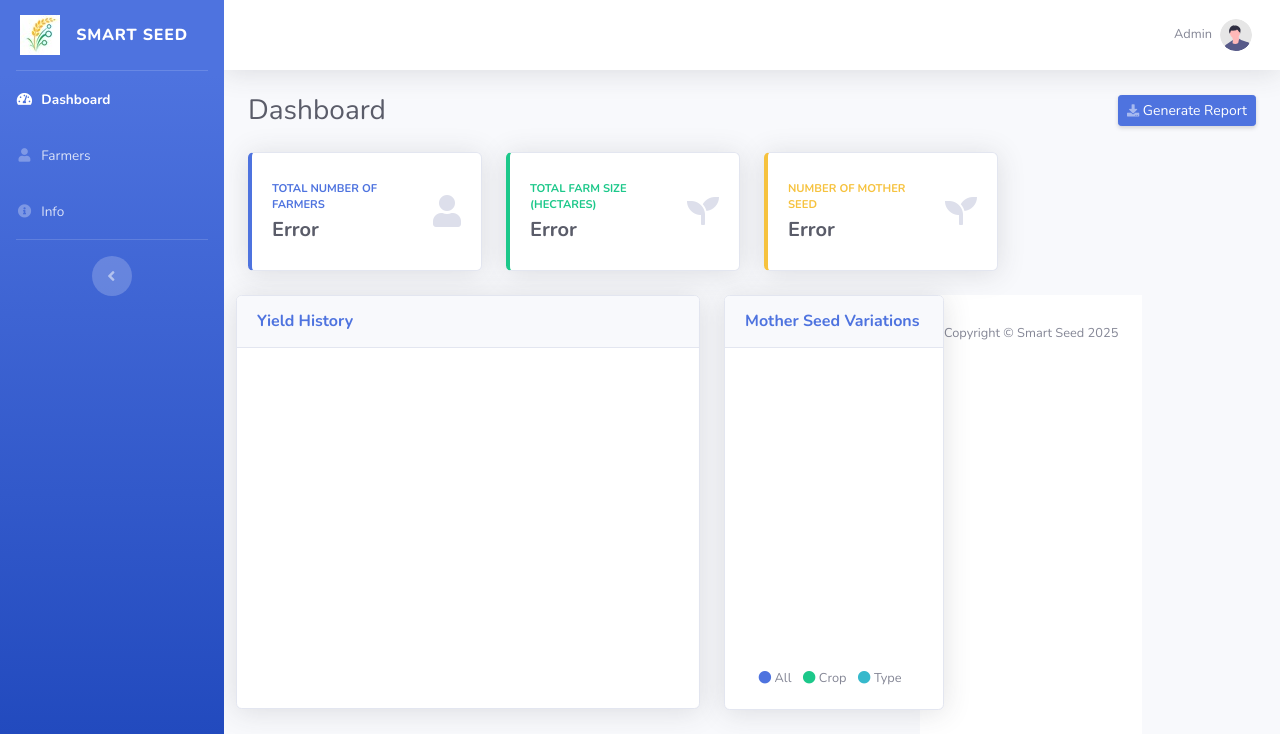
Repository: IFoundGeorge/Smart-Seed-v8-master
Page: src/index.html
The author's editor kept a copy of each file at every save. The page is drawn from the files as they stood at one save, then again after the next save.
The browser window is 1280 px wide. The pictures show the whole page.
The page's requests for data from a server got no answer.

Above is the page before, as saved 2025-03-18 21:09:47.

### src/index.html
<html lang="en">

<head>

    <meta charset="utf-8">
    <meta http-equiv="X-UA-Compatible" content="IE=edge">
    <meta name="viewport" content="width=device-width, initial-scale=1, shrink-to-fit=no">
    <meta name="description" content="">
    <meta name="author" content="">

    <title>SB Admin 2 - Dashboard</title>

    <link href="../node_modules/bootstrap/dist/css/bootstrap.min.css" />

    <!-- Custom fonts for this template-->
    <link href="../node_modules/startbootstrap-sb-admin-2/fontawesome-free/css/all.min.css" rel="stylesheet" type="text/css">
    <link
        href="https://fonts.googleapis.com/css?family=Nunito:200,200i,300,300i,400,400i,600,600i,700,700i,800,800i,900,900i"
        rel="stylesheet">

    <!-- Custom styles for this template-->
    <link href="../node_modules/startbootstrap-sb-admin-2/css/sb-admin-2.min.css" rel="stylesheet">

    <style type="text/css">
        /* Chart.js */
        @keyframes chartjs-render-animation {
            from {
                opacity: .99
            }

            to {
                opacity: 1
            }
        }

        .chartjs-render-monitor {
            animation: chartjs-render-animation 1ms
        }

        .chartjs-size-monitor,
        .chartjs-size-monitor-expand,
        .chartjs-size-monitor-shrink {
            position: absolute;
            direction: ltr;
            left: 0;
            top: 0;
            right: 0;
            bottom: 0;
            overflow: hidden;
            pointer-events: none;
            visibility: hidden;
            z-index: -1
        }

        .chartjs-size-monitor-expand>div {
            position: absolute;
            width: 1000000px;
            height: 1000000px;
            left: 0;
            top: 0
        }

        .chartjs-size-monitor-shrink>div {
            position: absolute;
            width: 200%;
            height: 200%;
            left: 0;
            top: 0
        }
    </style>
</head>

<body id="page-top">

    <!-- Page Wrapper -->
    <div id="wrapper">

        <!-- Sidebar -->
        <ul class="navbar-nav bg-gradient-primary sidebar sidebar-dark accordion" id="accordionSidebar">

            <!-- Sidebar - Brand -->
            <a class="sidebar-brand d-flex align-items-center justify-content-center" href="index.html">

                    <img src="../img/smartseed_logo.jpg" alt="Smart Seed Logo">

                <div class="sidebar-brand-text mx-3">Smart Seed</div>
            </a>

            <!-- Divider -->
            <hr class="sidebar-divider my-0">

            <!-- Nav Item - Dashboard -->
            <li class="nav-item active">
                <a class="nav-link" href="index.html">
                    <i class="fas fa-fw fa-tachometer-alt"></i>
                    <span>Dashboard</span></a>
            </li>


            <!-- Nav Item - Farmers -->
            <li class="nav-item">
                <a class="nav-link" href="farmers.html">
                    <i class="fas fa-fw fa-user"></i>
                    <span>Farmers</span></a>
            </li>

            <!-- Nav Item - Info -->
            <li class="nav-item">
                <a class="nav-link" href="info.html">
                    <i class="fas fa-fw fa-info-circle"></i>
                    <span>Info</span></a>
            </li>

            <!-- Divider -->
            <hr class="sidebar-divider d-none d-md-block">

            <!-- Sidebar Toggler (Sidebar) -->
            <div class="text-center d-none d-md-inline">
                <button class="rounded-circle border-0" id="sidebarToggle"></button>
            </div>



        </ul>
        <!-- End of Sidebar -->

        <!-- Content Wrapper -->
        <div id="content-wrapper" class="d-flex flex-column">

            <!-- Main Content -->
            <div id="content">

                <!-- Topbar -->
                <nav class="navbar navbar-expand navbar-light bg-white topbar mb-4 static-top shadow">

                    <!-- Sidebar Toggle (Topbar) -->
                    <button id="sidebarToggleTop" class="btn btn-link d-md-none rounded-circle mr-3">
                        <i class="fa fa-bars"></i>
                    </button>



                    <!-- Topbar Navbar -->
                    <ul class="navbar-nav ml-auto">

                        <!-- Nav Item - Search Dropdown (Visible Only XS) -->
                        <li class="nav-item dropdown no-arrow d-sm-none">
                            <a class="nav-link dropdown-toggle" href="#" id="searchDropdown" role="button"
                                data-toggle="dropdown" aria-haspopup="true" aria-expanded="false">
                                <i class="fas fa-search fa-fw"></i>
                            </a>
                            <!-- Dropdown - Messages -->
                            <div class="dropdown-menu dropdown-menu-right p-3 shadow animated--grow-in"
                                aria-labelledby="searchDropdown">
                                <form class="form-inline mr-auto w-100 navbar-search">
                                    <div class="input-group">
                                        <input type="text" class="form-control bg-light border-0 small"
                                            placeholder="Search for..." aria-label="Search"
                                            aria-describedby="basic-addon2">
                                        <div class="input-group-append">
                                            <button class="btn btn-primary" type="button">
                                                <i class="fas fa-search fa-sm"></i>
                                            </button>
                                        </div>
                                    </div>
                                </form>
                            </div>
                        </li>



                        <!-- Nav Item - User Information -->
                        <li class="nav-item dropdown no-arrow">
                            <a class="nav-link dropdown-toggle" href="#" id="userDropdown" role="button"
                                data-toggle="dropdown" aria-haspopup="true" aria-expanded="false">
                                <span class="mr-2 d-none d-lg-inline text-gray-600 small">Admin</span>
                                <img class="img-profile rounded-circle"
                                    src="../img/undraw_profile.svg">
                            </a>
                            <!-- Dropdown - User Information -->
                            <div class="dropdown-menu dropdown-menu-right shadow animated--grow-in"
                                aria-labelledby="userDropdown">
                                <a class="dropdown-item" href="#">
                                    <i class="fas fa-user fa-sm fa-fw mr-2 text-gray-400"></i>
                                    Profile
                                </a>
                                <div class="dropdown-divider"></div>
                                <a class="dropdown-item" href="#" data-toggle="modal" data-target="#logoutModal">
                                    <i class="fas fa-sign-out-alt fa-sm fa-fw mr-2 text-gray-400"></i>
                                    Logout
                                </a>
                            </div>
                        </li>

                    </ul>

                </nav>
                <!-- End of Topbar -->

                <!-- Begin Page Content -->
                <div class="container-fluid">

                    <!-- Page Heading -->
                    <div class="d-sm-flex align-items-center justify-content-between mb-4">
                        <h1 class="h3 mb-0 text-gray-800">Dashboard</h1>
                        <a href="#" class="d-none d-sm-inline-block btn btn-sm btn-primary shadow-sm" onclick="printPage()">
                            <i class="fas fa-download fa-sm text-white-50"></i> Generate Report
                        </a>
                    </div>

                    <script>
                        function praintPage() {
                            window.print();
                        }
                    </script>

                    <!-- Content Row -->
                    <div class="row">

                        <!-- Farmers Card -->
                        <div class="col-xl-3 col-md-6 mb-4">
                            <div class="card border-left-primary shadow h-100 py-2">
                                <div class="card-body">
                                    <div class="row no-gutters align-items-center">
                                        <div class="col mr-2">
                                            <div class="text-xs font-weight-bold text-primary text-uppercase mb-1">
                                                Total Number of Farmers
                                            </div>
                                            <div id="totalFarmers" class="h5 mb-0 font-weight-bold text-gray-800">Loading...</div>
                                        </div>
                                        <div class="col-auto">
                                            <i class="fas fa-user fa-2x text-gray-300"></i>
                                        </div>
                                    </div>
                                </div>
                            </div>
                        </div>

                        <script>
                        document.addEventListener("DOMContentLoaded", function() {
                            fetch('http://localhost:3000/api/farmers') // Fetch all farmers
                                .then(response => response.json())
                                .then(data => {
                                    // Count the number of farmers
                                    const totalFarmers = data.length;
                                    document.getElementById("totalFarmers").textContent = totalFarmers;
                                })
                                .catch(error => {
                                    console.error('Error fetching farmers:', error);
                                    document.getElementById("totalFarmers").textContent = "Error";
                                });
                        });
                        </script>


                        <!-- Total Farm Size -->
                        <div class="col-xl-3 col-md-6 mb-4">
                            <div class="card border-left-success shadow h-100 py-2">
                                <div class="card-body">
                                    <div class="row no-gutters align-items-center">
                                        <div class="col mr-2">
                                            <div class="text-xs font-weight-bold text-success text-uppercase mb-1">
                                                Total Farm Size (Hectares)
                                            </div>
                                            <div id="totalFarmSize" class="h5 mb-0 font-weight-bold text-gray-800">Loading...</div>
                                        </div>
                                        <div class="col-auto">
                                            <i class="fas fa-seedling fa-2x text-gray-300"></i>
                                        </div>
                                    </div>
                                </div>
                            </div>
                        </div>

                        <script>
                            document.addEventListener("DOMContentLoaded", function() {
                                fetch('http://localhost:3000/api/farmers') // Fetch farmers data
                                    .then(response => response.json())
                                    .then(data => {
                                        console.log("Fetched Data:", data); // Debugging

                                        if (!Array.isArray(data) || data.length === 0) {
                                            console.error("API returned an empty array or invalid data.");
                                            document.getElementById("totalFarmSize").textContent = "No data";
                                            return;
                                        }

                                        let totalFarmSize = 0;

                                        data.forEach(farmer => {
                                            let size = parseFloat(farmer.Farm_Size); // Match exact key name

                                            if (isNaN(size)) {
                                                console.warn(`Skipping invalid farm size for farmer:`, farmer);
                                                return; // Skip invalid values
                                            }

                                            totalFarmSize += size;
                                        });

                                        console.log("Total Farm Size Calculated:", totalFarmSize);

                                        document.getElementById("totalFarmSize").textContent = totalFarmSize.toFixed(2) + " ha";
                                    })
                                    .catch(error => {
                                        console.error('Error fetching farm sizes:', error);
                                        document.getElementById("totalFarmSize").textContent = "Error";
                                    });
                            });
                            </script>


                        <!-- Number of Mother Seed -->
                    <div class="col-xl-3 col-md-6 mb-4">
                        <div class="card border-left-warning shadow h-100 py-2">
                            <div class="card-body">
                                <div class="row no-gutters align-items-center">
                                    <div class="col mr-2">
                                        <div class="text-xs font-weight-bold text-warning text-uppercase mb-1">
                                            Number of Mother Seed
                                        </div>
                                        <div id="totalMotherSeed" class="h5 mb-0 font-weight-bold text-gray-800">Loading...</div>
                                    </div>
                                    <div class="col-auto">
                                        <i class="fas fa-seedling fa-2x text-gray-300"></i>
                                    </div>
                                </div>
                            </div>
                        </div>
                    </div>

                    <script>
                    document.addEventListener("DOMContentLoaded", function() {
                        fetch('http://localhost:3000/api/farmers') // Fetch farmers data
                            .then(response => response.json())
                            .then(data => {
                                console.log("Fetched Farmers Data:", data); // Debugging

                                if (!Array.isArray(data) || data.length === 0) {
                                    console.error("API returned an empty array or invalid data.");
                                    document.getElementById("totalMotherSeed").textContent = "No data";
                                    return;
                                }

                                // Calculate total mother seed count (Farm_Size * Average_Yield)
                                const totalMotherSeed = data.reduce((sum, farmer) => {
                                    let farmSize = parseFloat(farmer.Farm_Size) || 0;
                                    let averageYield = parseFloat(farmer.Average_Yield) || 0;
                                    return sum + (farmSize * averageYield);
                                }, 0);

                                console.log("Total Mother Seed Calculated:", totalMotherSeed);

                                // Display the total, formatted with commas
                                document.getElementById("totalMotherSeed").textContent = totalMotherSeed.toLocaleString() + " seeds";
                            })
                            .catch(error => {
                                console.error('Error fetching mother seed count:', error);
                                document.getElementById("totalMotherSeed").textContent = "Error";
                            });
                    });
                    </script>

                    <!-- Content Row -->

                    <div class="row">

                        <!-- Area Chart -->
                        <div class="col-xl-8 col-lg-7">
                            <div class="card shadow mb-4">
                                <!-- Card Header - Dropdown -->
                                <div
                                    class="card-header py-3 d-flex flex-row align-items-center justify-content-between">
                                    <h6 class="m-0 font-weight-bold text-primary">Yield History</h6>
                                    <!-- Removed dropdown menu -->
                                </div>
                                <!-- Card Body -->
                                <div class="card-body">
                                    <div class="chart-area">
                                        <canvas id="myAreaChart"></canvas>
                                    </div>
                                </div>
                            </div>
                        </div>

                        <!-- Pie Chart -->
                        <div class="col-xl-4 col-lg-5">
                            <div class="card shadow mb-4">
                                <!-- Card Header - Dropdown -->
                                <div
                                    class="card-header py-3 d-flex flex-row align-items-center justify-content-between">
                                    <h6 class="m-0 font-weight-bold text-primary">Mother Seed Variations</h6>
                                </div>
                                <!-- Card Body -->
                                <div class="card-body">
                                    <div class="chart-pie pt-4 pb-2">
                                        <canvas id="myPieChart"></canvas>

                                    </div>
                                    <div class="mt-4 text-center small">
                                        <span class="mr-2">
                                            <i class="fas fa-circle text-primary"></i> All
                                        </span>
                                        <span class="mr-2">
                                            <i class="fas fa-circle text-success"></i> Crop
                                        </span>
                                        <span class="mr-2">
                                            <i class="fas fa-circle text-info"></i> Type
                                        </span>
                                    </div>
                                </div>
                            </div>
                        </div>
                    </div>

                    <!-- Content Row -->
                    <div class="row">

                        <!-- Content Column -->



            </div>
            <!-- End of Main Content -->

            <!-- Footer -->
            <footer class="sticky-footer bg-white">
                <div class="container my-auto">
                    <div class="copyright text-center my-auto">
                        <span>Copyright &copy; Smart Seed 2025</span>
                    </div>
                </div>
            </footer>
            <!-- End of Footer -->

        </div>
    </div>
    <!-- End of Page Wrapper -->

    <!-- Scroll to Top Button-->
    <a class="scroll-to-top rounded" href="#page-top">
        <i class="fas fa-angle-up"></i>
    </a>

    <!-- Logout Modal-->
    <div class="modal fade" id="logoutModal" tabindex="-1" role="dialog" aria-labelledby="exampleModalLabel"
        aria-hidden="true">
        <div class="modal-dialog" role="document">
            <div class="modal-content">
                <div class="modal-header">
                    <h5 class="modal-title" id="exampleModalLabel">Ready to Leave?</h5>
                    <button class="close" type="button" data-dismiss="modal" aria-label="Close">
                        <span aria-hidden="true">×</span>
                    </button>
                </div>
                <div class="modal-body">Select "Logout" below if you are ready to end your current session.</div>
                <div class="modal-footer">
                    <button class="btn btn-secondary" type="button" data-dismiss="modal">Cancel</button>
                    <a class="btn btn-primary" href="login.html">Logout</a>
                </div>
            </div>
        </div>
    </div>

    <!-- Bootstrap core JavaScript-->
    <script src="../vendor/jquery/jquery.min.js"></script>
    <script src="../vendor/bootstrap/js/bootstrap.bundle.min.js"></script>
    <script src="https://cdn.jsdelivr.net/npm/chart.js"></script>


    <!-- Core plugin JavaScript-->
    <script src="../vendor/jquery-easing/jquery.easing.min.js"></script>

    <!-- Custom scripts for all pages-->
    <script src="../js/sb-admin-2.min.js"></script>

    <!-- Page level plugins -->
    <script src="../vendor/chart.js/Chart.min.js"></script>

    <!-- Page level custom scripts -->
    <script src="../js/demo/chart-area-demo.js"></script>
    <script src="../js/demo/chart-pie-demo.js"></script>

    <script src="../js/fetchCropData.js"></script>

</body>

</html>

### js/demo/chart-pie-demo.js
let cropChart; // Store the chart instance globally

function updatePieChart(labels, values) {
    const ctx = document.getElementById("myPieChart").getContext("2d");

    // Destroy old chart if it exists (prevents duplicate charts)
    if (cropChart) {
        cropChart.destroy();
    }

    cropChart = new Chart(ctx, {
        type: "doughnut", // or 'pie'
        data: {
            labels: labels,
            datasets: [{
                data: values,
                backgroundColor: ["#4e73df", "#1cc88a", "#36b9cc", "#f6c23e", "#e74a3b"],
                hoverBackgroundColor: ["#2e59d9", "#17a673", "#2c9faf", "#dda20a", "#be2617"],
                hoverBorderColor: "rgba(234, 236, 244, 1)",
            }]
        },
        options: {
            maintainAspectRatio: false,
            tooltips: {
                backgroundColor: "rgb(255,255,255)",
                bodyFontColor: "#858796",
                borderColor: '#dddfeb',
                borderWidth: 1,
                xPadding: 15,
                yPadding: 15,
                displayColors: false,
                caretPadding: 10,
            },
            legend: {
                display: true
            },
            cutoutPercentage: 80,
        }
    });
}

### js/fetchCropData.js
async function fetchCropData() {
    try {
      const response = await fetch("http://localhost:3000/api/crop_distribution");
      const data = await response.json();

      console.log("Fetched Data:", data); // Debug output

      if (data.length === 0) {
        console.warn("No crop data found.");
        return;
      }

      const labels = data.map(item => item.crop_type);
      const values = data.map(item => item.count);

      updatePieChart(labels, values);
    } catch (error) {
      console.error("Error fetching crop data:", error);
    }
  }

  // Attach to the window object
  window.fetchCropData = fetchCropData;

  document.addEventListener("DOMContentLoaded", () => {
    fetchCropData();
});

Loaded but not shown: vendor/fontawesome-free/css/all.min.css (library); css/sb-admin-2.min.css (library); vendor/jquery/jquery.min.js (library); vendor/bootstrap/js/bootstrap.bundle.min.js (library); vendor/jquery-easing/jquery.easing.min.js (common file); js/sb-admin-2.min.js (common file); vendor/chart.js/Chart.min.js (library); js/demo/chart-area-demo.js (132 lines, source omitted)

After the next save:
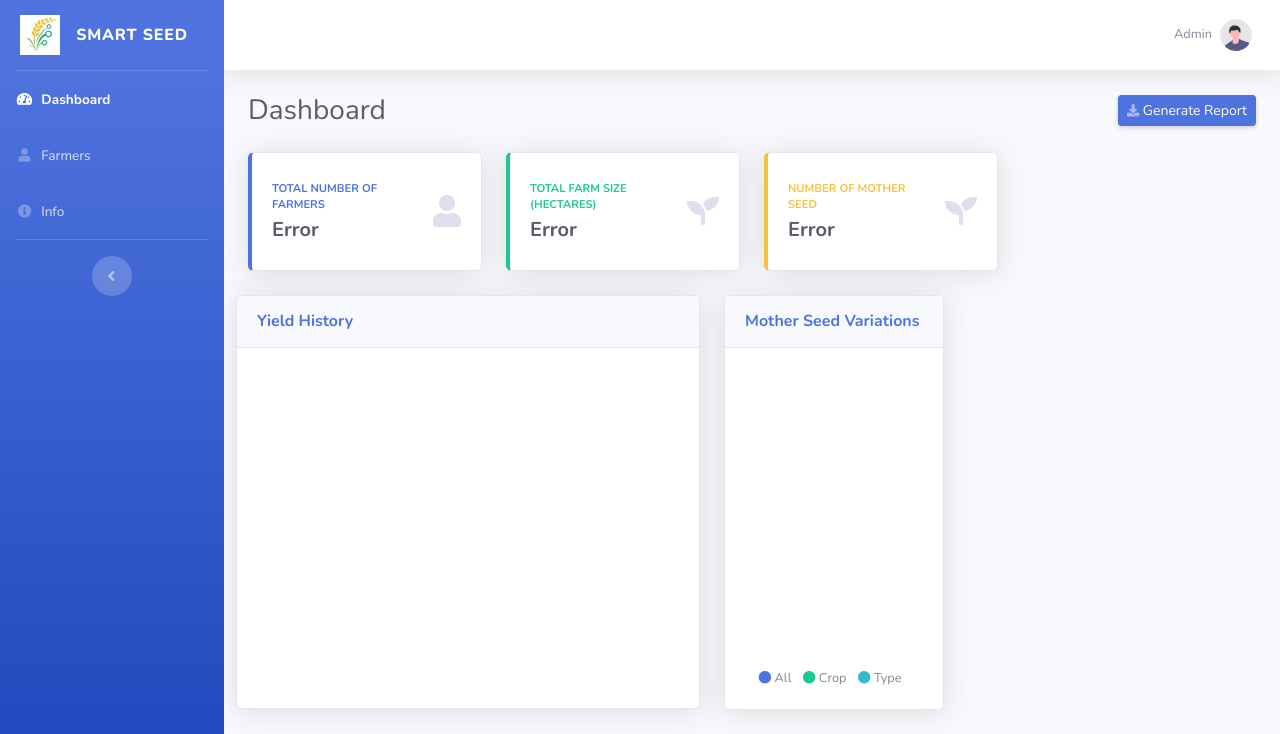
Saved 3 min 10 s later.
--- a/src/index.html
+++ b/src/index.html
@@ -424,13 +424,6 @@
             <!-- End of Main Content -->
 
             <!-- Footer -->
-            <footer class="sticky-footer bg-white">
-                <div class="container my-auto">
-                    <div class="copyright text-center my-auto">
-                        <span>Copyright &copy; Smart Seed 2025</span>
-                    </div>
-                </div>
-            </footer>
             <!-- End of Footer -->
 
         </div>
